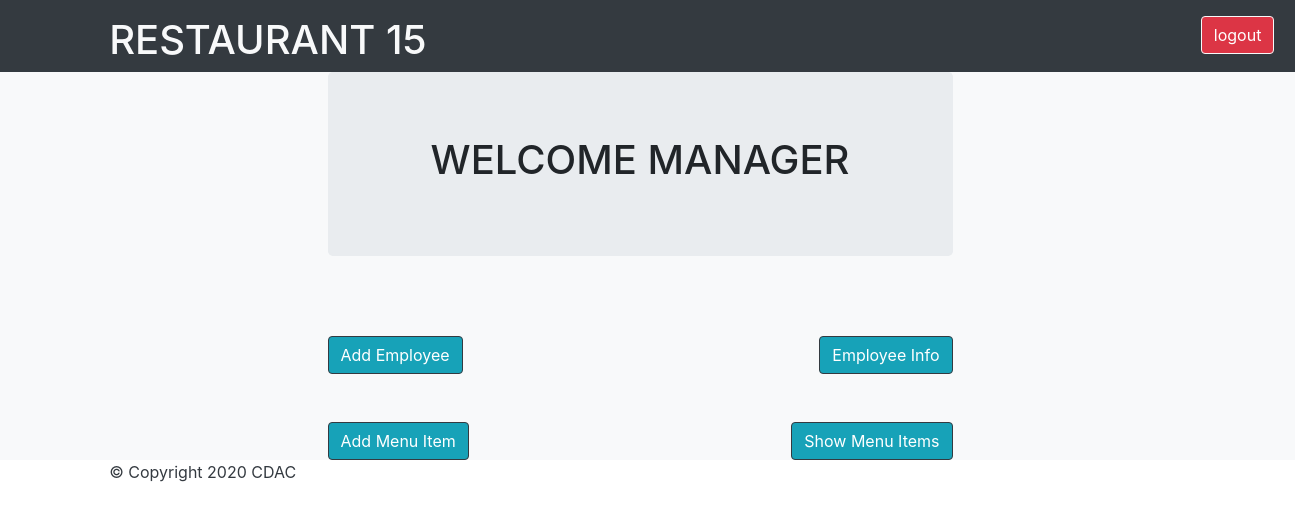
Repository: Pedaxx-IT-solution/E-Waiter-Stuff-
Page: http://localhost/ProjectEwaiter/WEB-INF/views/welcomemgr.jsp
An editor plug-in stored every save of this project. The page is shown before and after the next save, followed by the edit.
The browser window is 1280 px wide. The page is 1295 px wide, so the pictures cover 1295 px, including what lies to the right of the window. The pictures show the whole page.
The page is served by Tomcat 9. Nobody is signed in. The template is opened directly, without the code that normally fills it, so the values that code supplies are empty.

Above is the page before, as saved 2020-01-25 22:55:56.

After the next save:
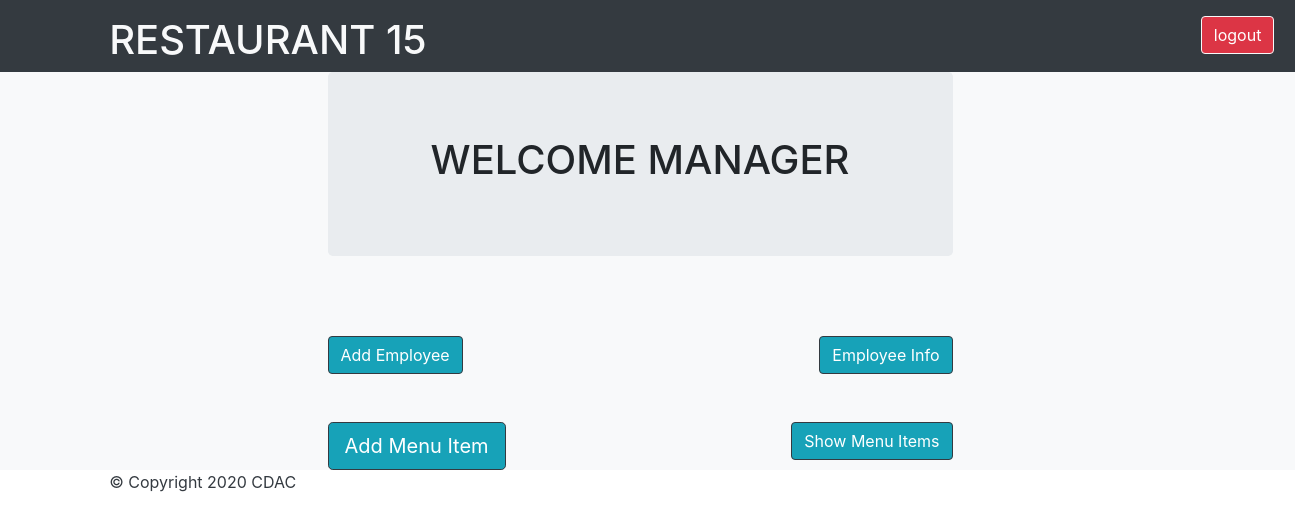
Saved 75 s later.
--- a/MyProject/ProjectEwaiter/src/main/webapp/WEB-INF/views/welcomemgr.jsp
+++ b/MyProject/ProjectEwaiter/src/main/webapp/WEB-INF/views/welcomemgr.jsp
@@ -64,7 +64,7 @@ response.setHeader("Expires", "0");
 			<div class="col-3"></div>
 			<div class="col-3">
 
-							<a href="/user/menu/addMenu" class="mt-5 btn btn-info border-dark" role="button">Add Menu Item</a>
+							<a href="/user/menu/addMenu" class="mt-5 btn btn-lg btn-info border-dark" role="button">Add Menu Item</a>
 
 			</div>
 
